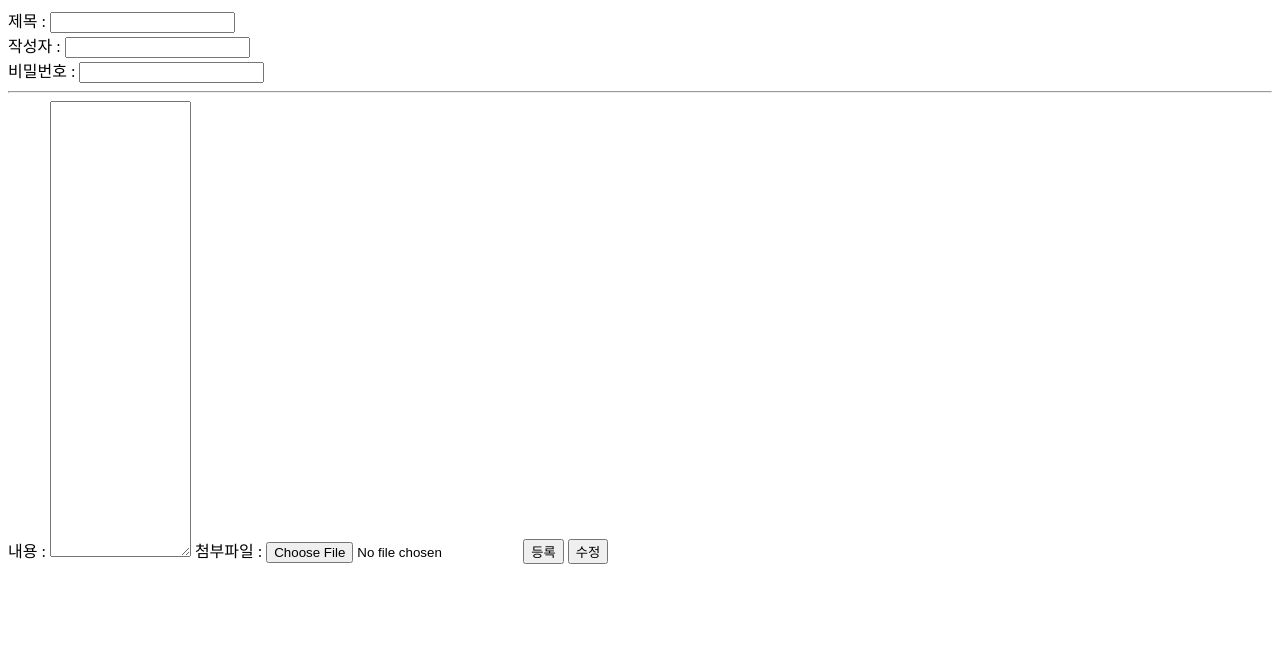
Repository: beom324/jsp-servlet
Page: http://localhost/day1227/insertBoard
The author's editor kept a copy of each file at every save. The page is drawn from the files as they stood at one save, then again after the next save.
The browser window is 1280 px wide. The pictures show the whole page.
The page is served by Tomcat 9.

Above is the page before, as saved 2023-12-27 03:36:56.

After the next save:
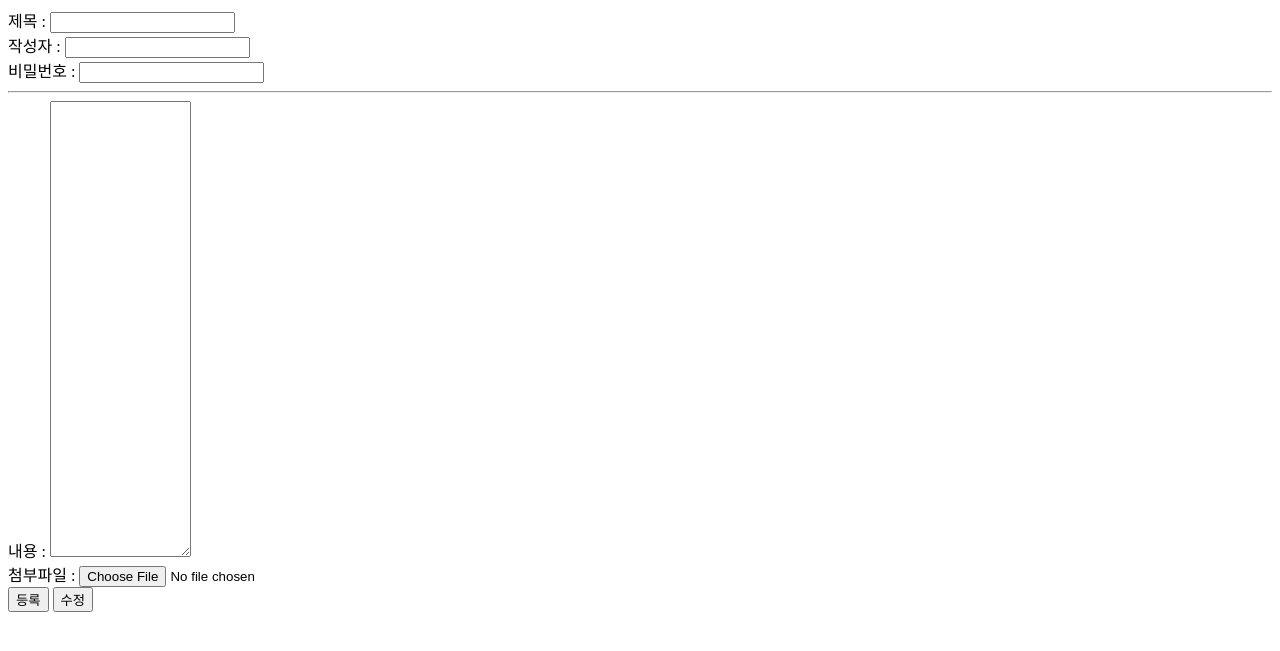
Saved 29 s later.
--- a/day1227/src/main/webapp/insertBoard.jsp
+++ b/day1227/src/main/webapp/insertBoard.jsp
@@ -12,8 +12,8 @@
 	작성자 : <input type = "text" name="writer"><br>
 	비밀번호 : <input type="password" name ="pwd"><br>
 	<hr>
-	내용 : <textarea rows="30" cols="15"></textarea>
-	첨부파일 : <input type="file" enctype="multipart/form-data">
+	내용 : <textarea rows="30" cols="15"></textarea><br>
+	첨부파일 : <input type="file" enctype="multipart/form-data"><br>
 	<button>등록</button>
 	<button>수정</button>
 </body>
